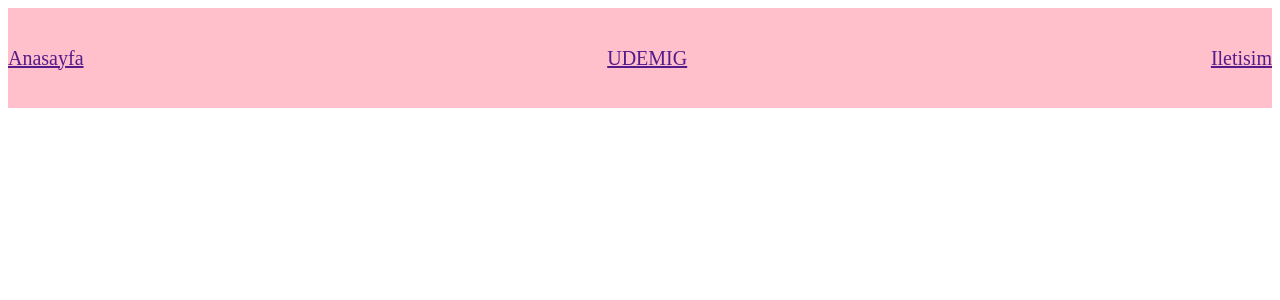
Repository: Kubraaygun/Html_Css_Login
Page: index.html
These files come from the project's save history. The page is drawn as it stood at one moment and after the next save; the edit follows.
The browser window is 1280 px wide. The pictures show the whole page.

Above is the page before, as saved 2025-03-04 20:55:39.

### index.html
<!DOCTYPE html>
<html lang="en">
  <head>
    <meta charset="UTF-8" />
    <meta name="viewport" content="width=device-width, initial-scale=1.0" />
    <title>HTML</title>
    <link rel="stylesheet" href="style.css" />
  </head>
  <body>
    <header style="background-color: pink">
      <div
        style="
          display: flex;
          justify-content: space-between;
          align-items: center;
          height: 100px;
        "
      >
        <a href="">Anasayfa</a>
        <a href="">UDEMIG</a>
        <a href="">Iletisim</a>
      </div>
    </header>
  </body>
</html>

### style.css
body {
  font-size: 20px;
}
.h1:hover {
  background-color: purple;
}
#h1:hover {
  color: purple;
}
.link:hover {
  text-decoration: none;
}

ol {
  background-color: aqua;
  border: 10px groove red;
}
ul {
  background-color: green;
  margin: 50px 20px 9px 30px;
  border-radius: 30px 50px 1px 50px;
}

li {
  background-color: yellow;
  margin: 10px;
  padding: 10px;
}

After the next save:
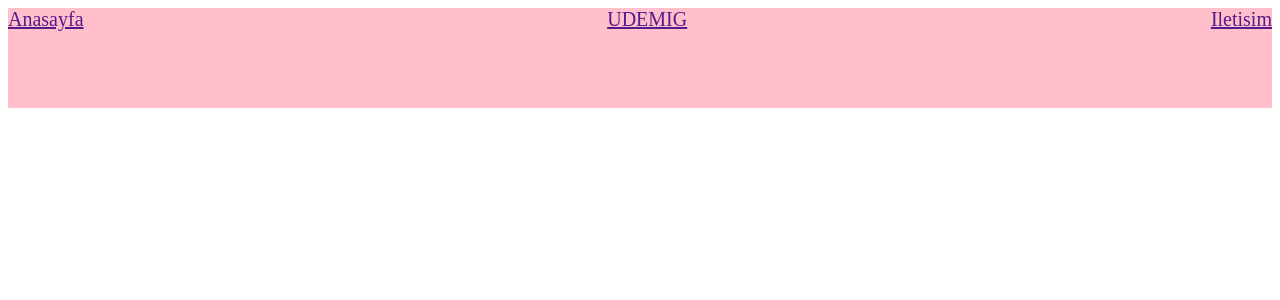
Saved 14 s later.
--- a/index.html
+++ b/index.html
@@ -7,13 +7,12 @@
     <link rel="stylesheet" href="style.css" />
   </head>
   <body>
-    <header style="background-color: pink">
+    <header style="background-color: pink; height: 100px">
       <div
         style="
           display: flex;
           justify-content: space-between;
           align-items: center;
-          height: 100px;
         "
       >
         <a href="">Anasayfa</a>

After the 2 saves that followed:
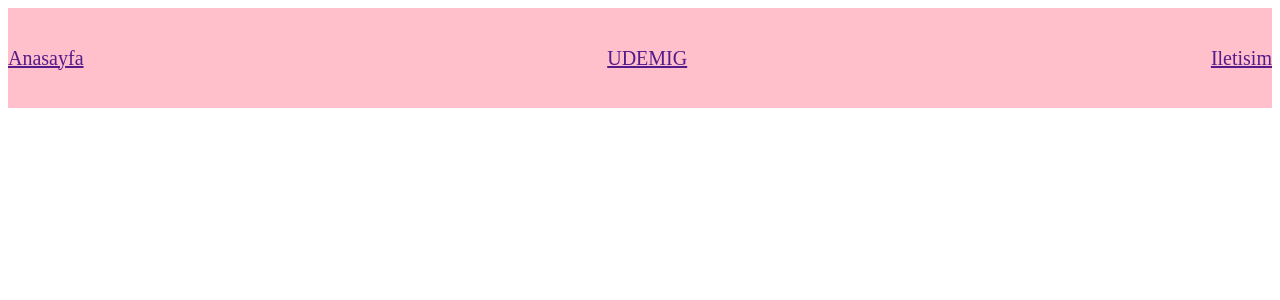
The 2 saves are shown as one change because they came seconds apart.
The last was saved 11 s later.
--- a/index.html
+++ b/index.html
@@ -7,12 +7,13 @@
     <link rel="stylesheet" href="style.css" />
   </head>
   <body>
-    <header style="background-color: pink; height: 100px">
+    <header style="background-color: pink">
       <div
         style="
           display: flex;
           justify-content: space-between;
           align-items: center;
+          height: 100px;
         "
       >
         <a href="">Anasayfa</a>
